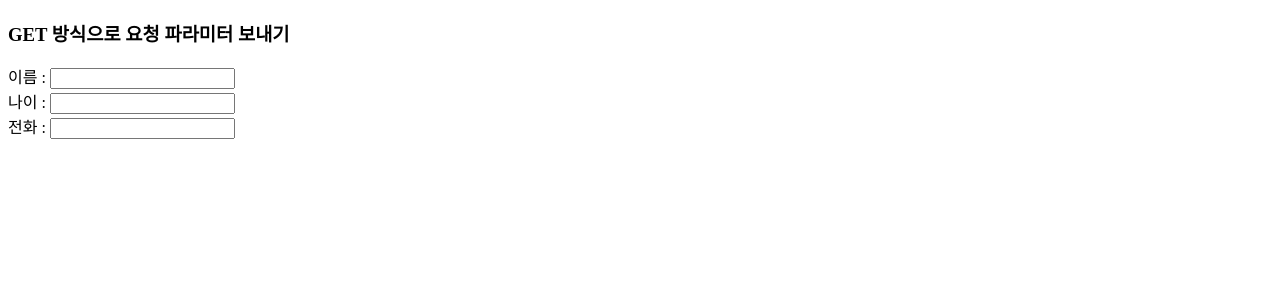
Repository: golddrone7/front
Page: step10_Ajax/src/main/webapp/test3/paramGet.html
The author's editor kept a copy of each file at every save. The page is drawn from the files as they stood at one save, then again after the next save.
The browser window is 1280 px wide. The pictures show the whole page.

Above is the page before, as saved 2023-02-27 01:47:46.

### step10_Ajax/src/main/webapp/test3/paramGet.html
<!DOCTYPE html>
<html>
<head>
<meta charset="UTF-8">
<title>Insert title here</title>
</head>
<body>
<form action="result.jsp">
	<h3>GET 방식으로 요청 파라미터 보내기</h3>
	이름 : <input type="text" id="name"><br>
	나이 : <input type="text" id="age"><br>
	전화 : <input type="text" id="phone"><br>
</form>

</body>
</html>

After the next save:
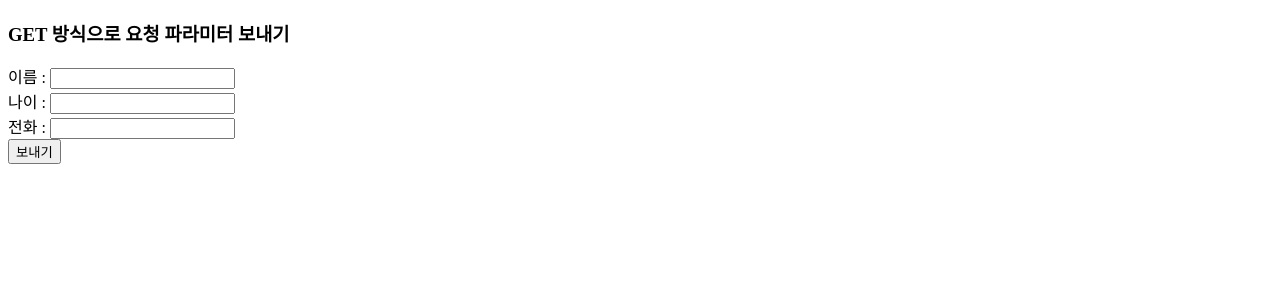
Saved 54 s later.
--- a/step10_Ajax/src/main/webapp/test3/paramGet.html
+++ b/step10_Ajax/src/main/webapp/test3/paramGet.html
@@ -10,6 +10,9 @@
 	이름 : <input type="text" id="name"><br>
 	나이 : <input type="text" id="age"><br>
 	전화 : <input type="text" id="phone"><br>
+	<input if="getSend" type="button"
+			onclick="startMethod" value="보내기">
+
 </form>
 
 </body>
